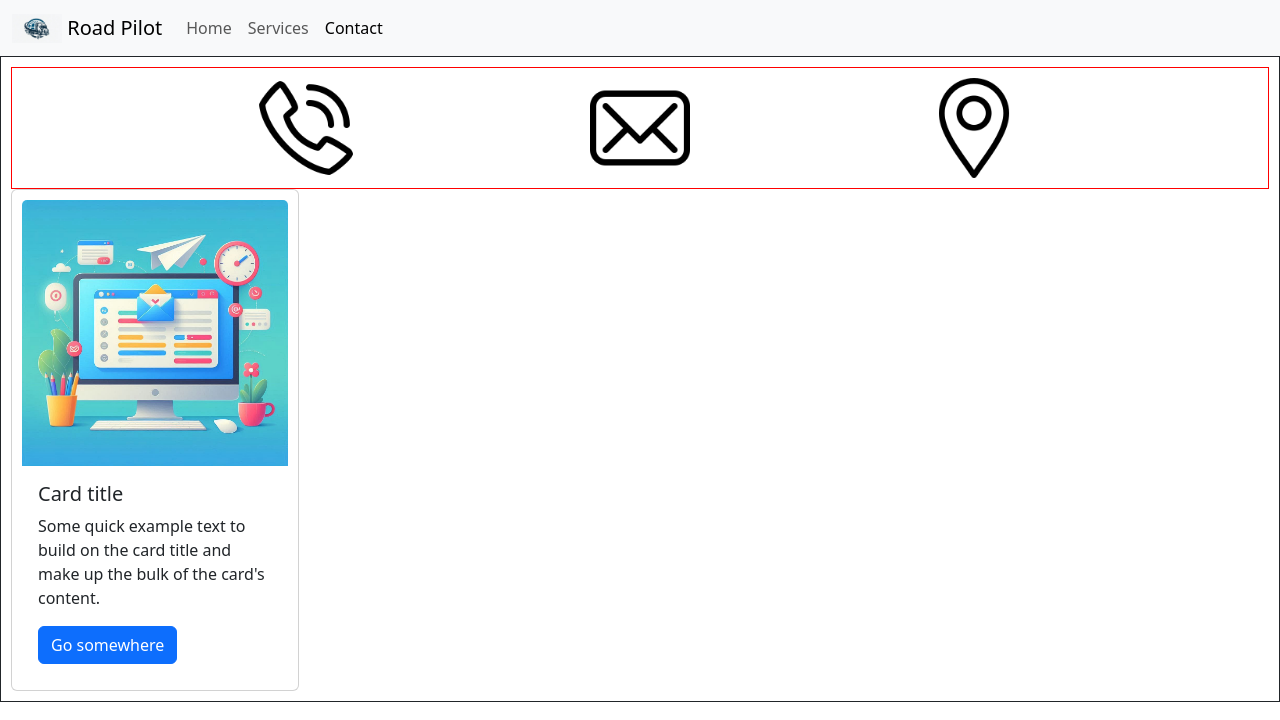
Repository: VictoriousMango/WebCreator
Page: pages/contact.html
The author's editor kept a copy of each file at every save. The page is drawn from the files as they stood at one save, then again after a run of saves.
The browser window is 1280 px wide. The pictures show the whole page.

Above is the page before, as saved 2024-11-09 12:49:07.

After the next 4 saves:
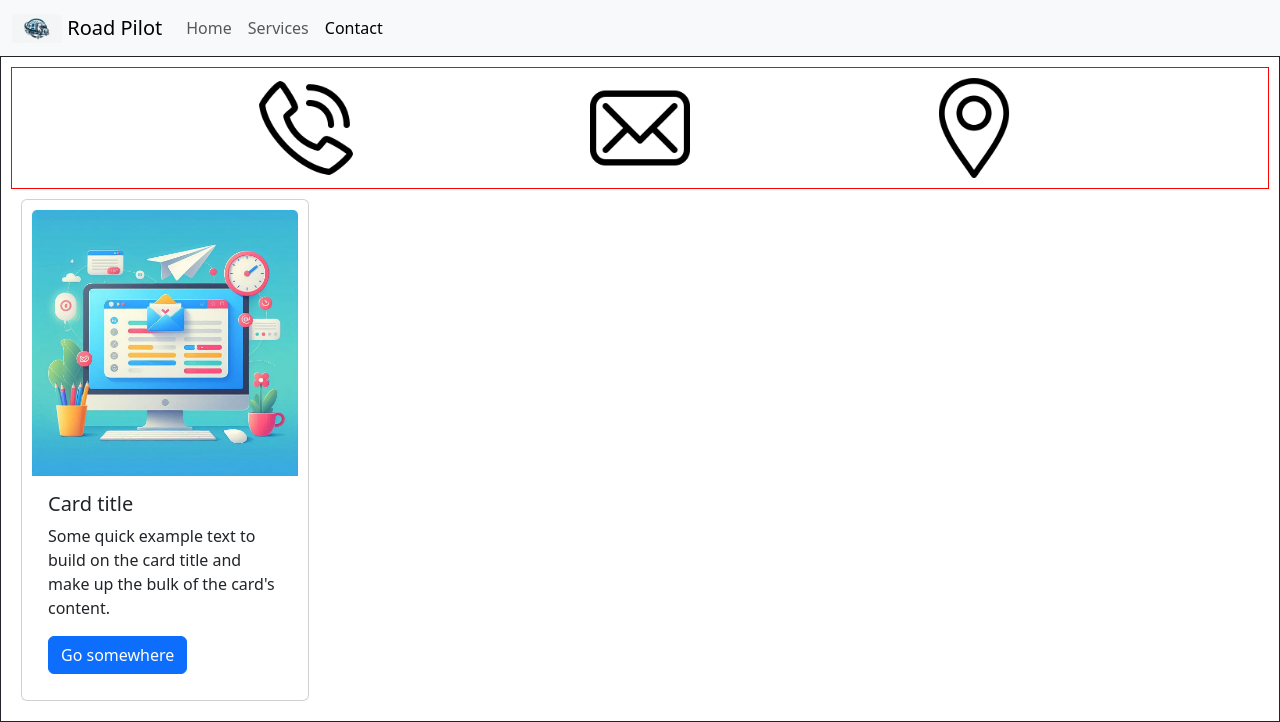
The 4 saves are shown as one change because they came seconds apart.
The last was saved 15 s later.
--- a/assets/css/contact.css
+++ b/assets/css/contact.css
@@ -16,6 +16,7 @@
 
 .card {
     padding: 10px;
+    margin: 10px;
 }
 
 .img-fluid{
